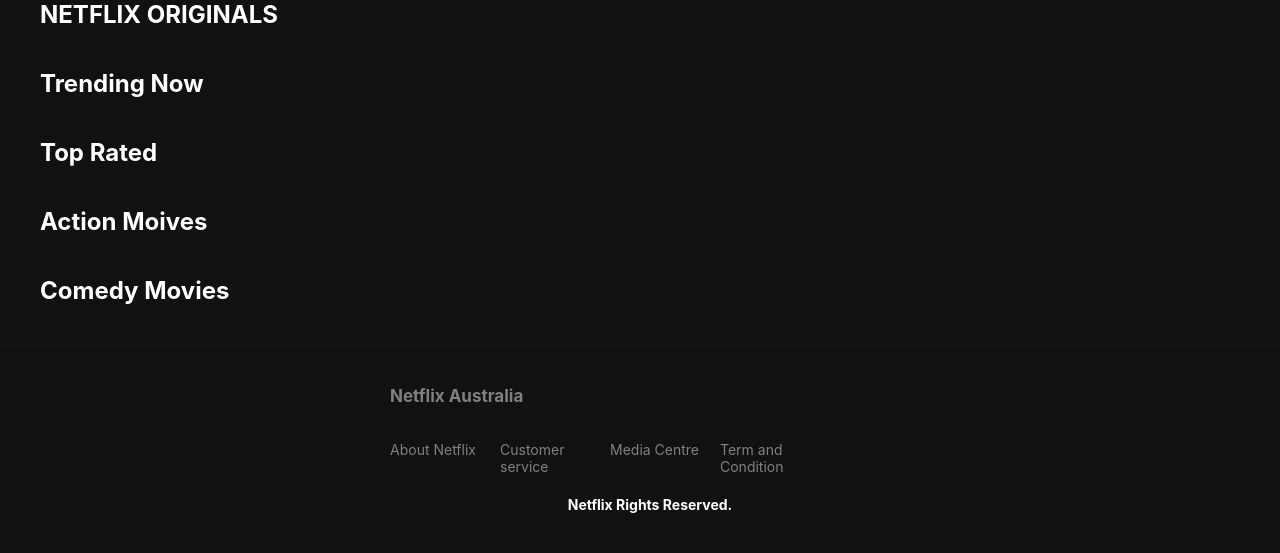
Repository: gietpa/react-netflix
Page: /
These files come from the project's save history. The page is drawn as it stood at one moment and after the next save; the edit follows.
The browser window is 1280 px wide. The pictures show the part of the page from y = 448 to 1001 px (the page is 1001 px tall).
The page's requests for data from a server got no answer. The project was rebuilt for these pictures with package versions that can differ from the ones it lists, and the page was loaded fresh each time. No one was signed in, and anything a server would have sent is missing.

Above is the page before, as saved 2024-06-30 01:52:30.

After the next save:
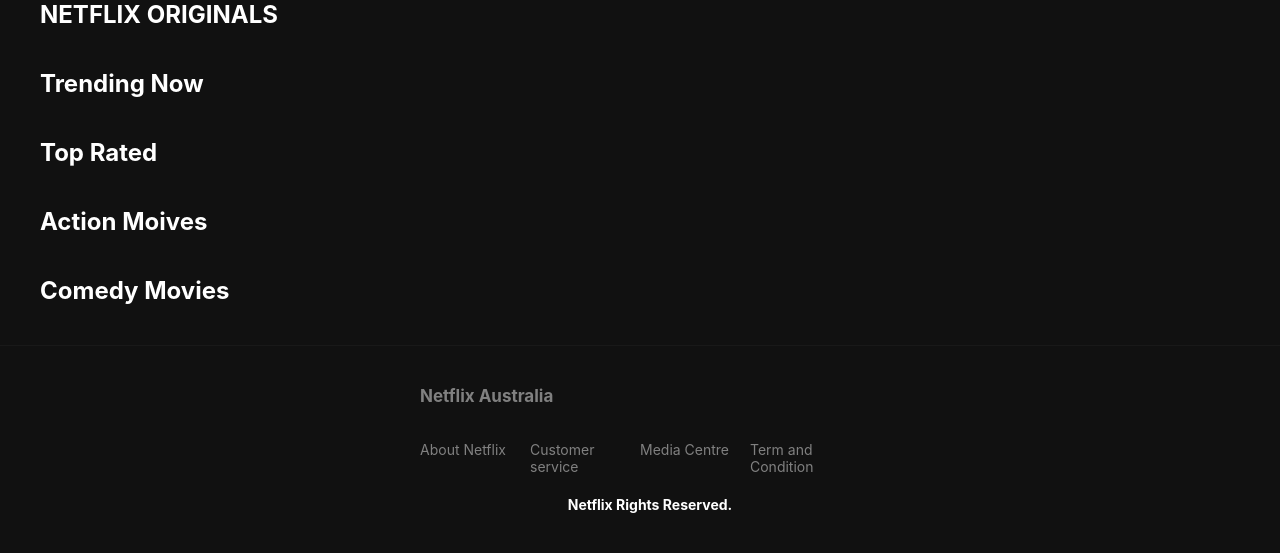
Saved 87 s later.
--- a/src/components/Footer.js
+++ b/src/components/Footer.js
@@ -49,7 +49,7 @@
 const FooterContent = styled.div``;
 
 const FooterLinkContainer = styled.div`
-  width: 500px;
+  max-width: 700px;
 
   @media (max-width: 768px) {
     width: 100%;
